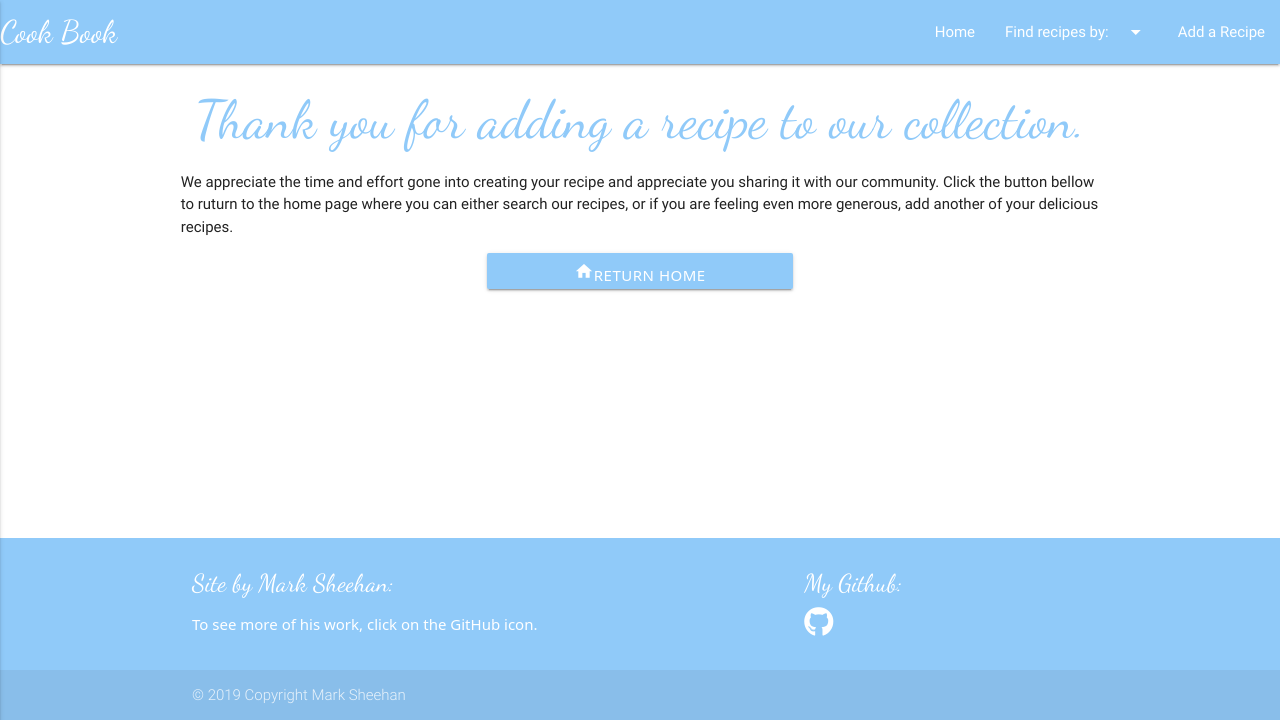
Repository: MarkSheehan72/milestone-project-3
Page: http://localhost/thanks
The author's editor kept a record of every edit. The page is drawn from the files as they stood at one moment, then again after the next edit.
The browser window is 1280 px wide. The pictures show the whole page.
Some web libraries are served in a nearby version. The page is served by the project's application, run on Flask 3 (app.py).

Above is the page before.

After the next edit:
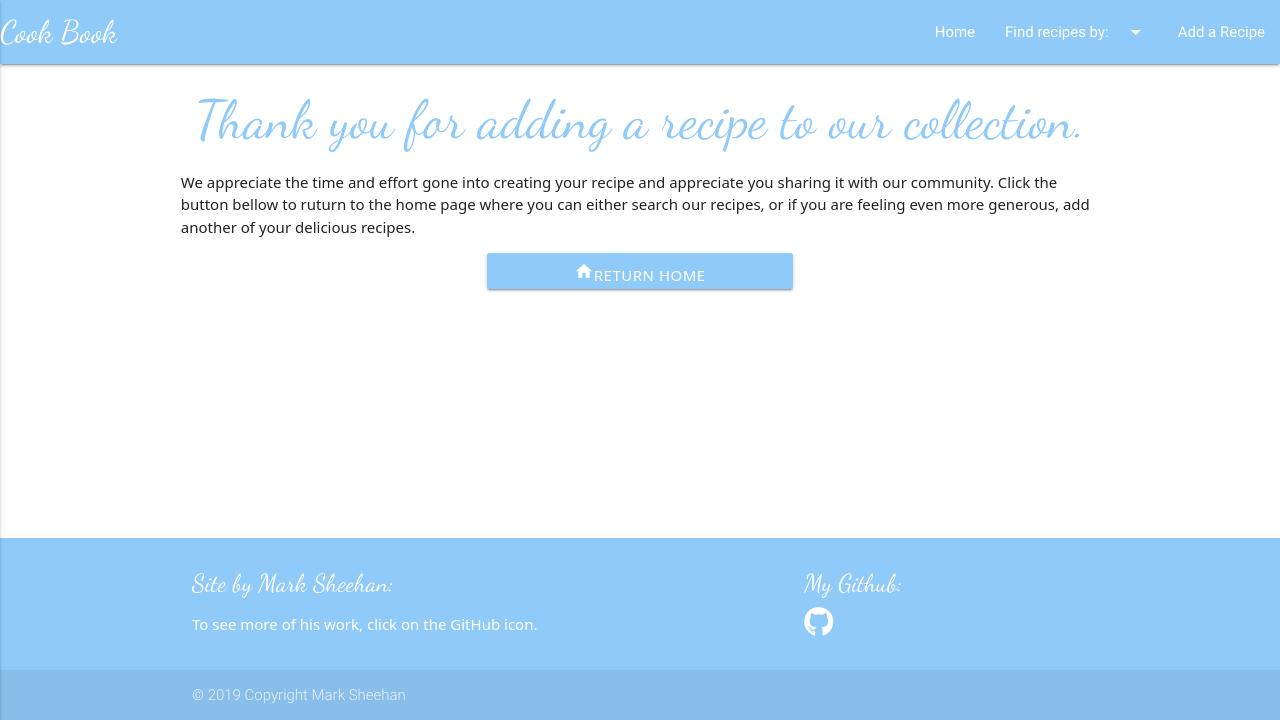
The edit:
--- a/templates/thanks.html
+++ b/templates/thanks.html
@@ -7,7 +7,7 @@
 
 <div class="row">
     <h2 class="center-align title-font center blue-text text-lighten-3">Thank you for adding a recipe to our collection.</h2>
-    <p class="center_align">We appreciate the time and effort gone into creating your recipe and appreciate you sharing it with our community. Click the button
+    <p class="center_align standard-font">We appreciate the time and effort gone into creating your recipe and appreciate you sharing it with our community. Click the button
     bellow to ruturn to the home page where you can either search our recipes, or if you are feeling even more generous, add another of your
     delicious recipes.</p>
     <a href="{{url_for('index')}}" class="waves-effect waves-light btn blue lighten-3 standard-font hoverable col s12 m4 offset-m4"><i class="material-icons">home</i>Return Home</a>
